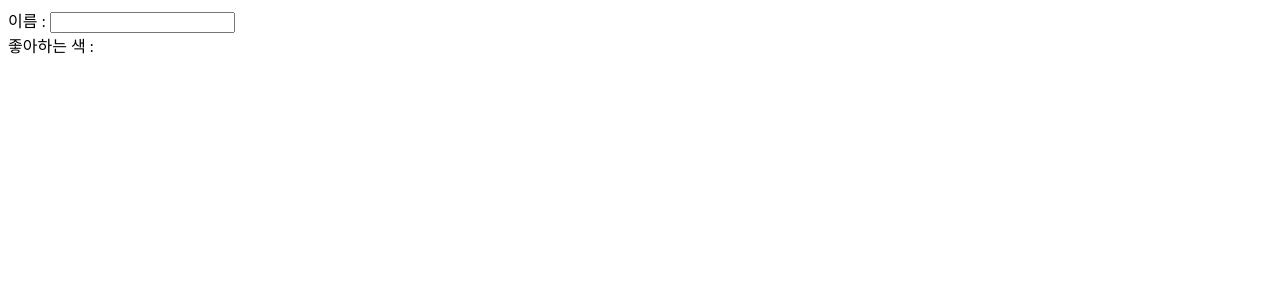
Repository: BartsimisraB/JavaPractice_
Page: http://localhost/Webpractice4/if.jsp
The author's editor kept a copy of each file at every save. The page is drawn from the files as they stood at one save, then again after the next save.
The browser window is 1280 px wide. The pictures show the whole page.
The page is served by Tomcat 9.

Above is the page before, as saved 2023-01-11 06:59:03.

### Webpractice4/src/main/webapp/if.jsp
<%@ page language="java" contentType="text/html; charset=UTF-8"
    pageEncoding="UTF-8"%>
<!DOCTYPE html>
<html>
<head>
<meta charset="UTF-8">
<title>Insert title here</title>
</head>
<body>
	<form action="if1.jsp">
		이름 : <input type="text" name="name"><br>
		좋아하는 색 :


	</form>
</body>
</html>

After the next save:
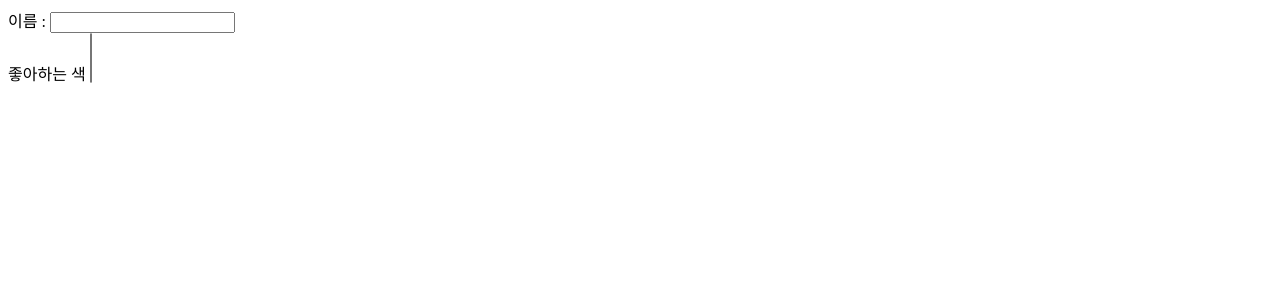
Saved 2 min 5 s later.
--- a/Webpractice4/src/main/webapp/if.jsp
+++ b/Webpractice4/src/main/webapp/if.jsp
@@ -9,9 +9,13 @@
 <body>
 	<form action="if1.jsp">
 		이름 : <input type="text" name="name"><br>
-		좋아하는 색 :
+		<label for="color">좋아하는 색</label>
+		<select id="color" name="color" size="3">
 
 
+
+
+		</select>
 	</form>
 </body>
 </html>
